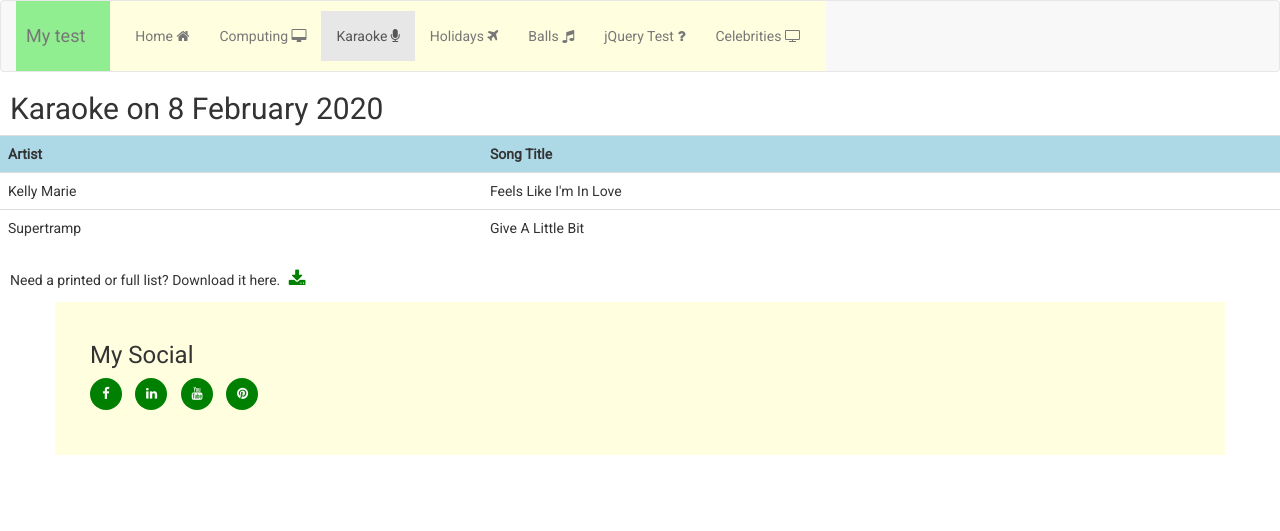
Repository: derektypist/bootstrap
Page: karaoke.html
The author's editor kept a record of every edit. The page is drawn from the files as they stood at one moment, then again after the next edit.
The browser window is 1280 px wide. The pictures show the whole page.

Above is the page before.

After the next edit:
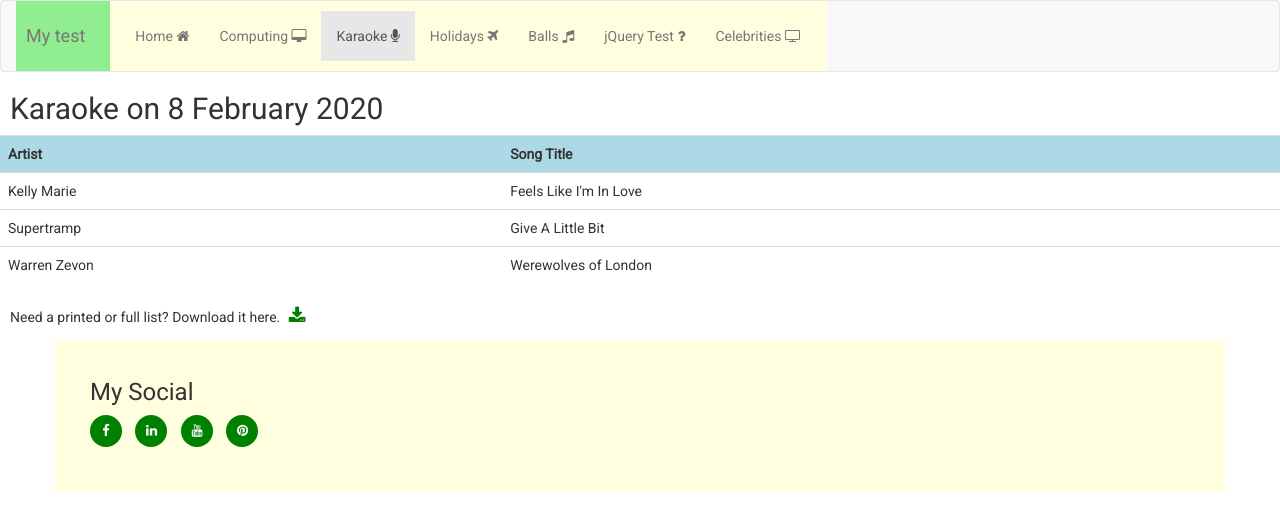
The edit:
--- a/karaoke.html
+++ b/karaoke.html
@@ -52,6 +52,15 @@
                     <td>Give A Little Bit</td>
                 </tr>
 
+                <tr>
+                    <td>Warren Zevon</td>
+                    <td>Werewolves of London</td>
+                </tr>
+
+
+
+
+
                 </table>
         </div>
 
